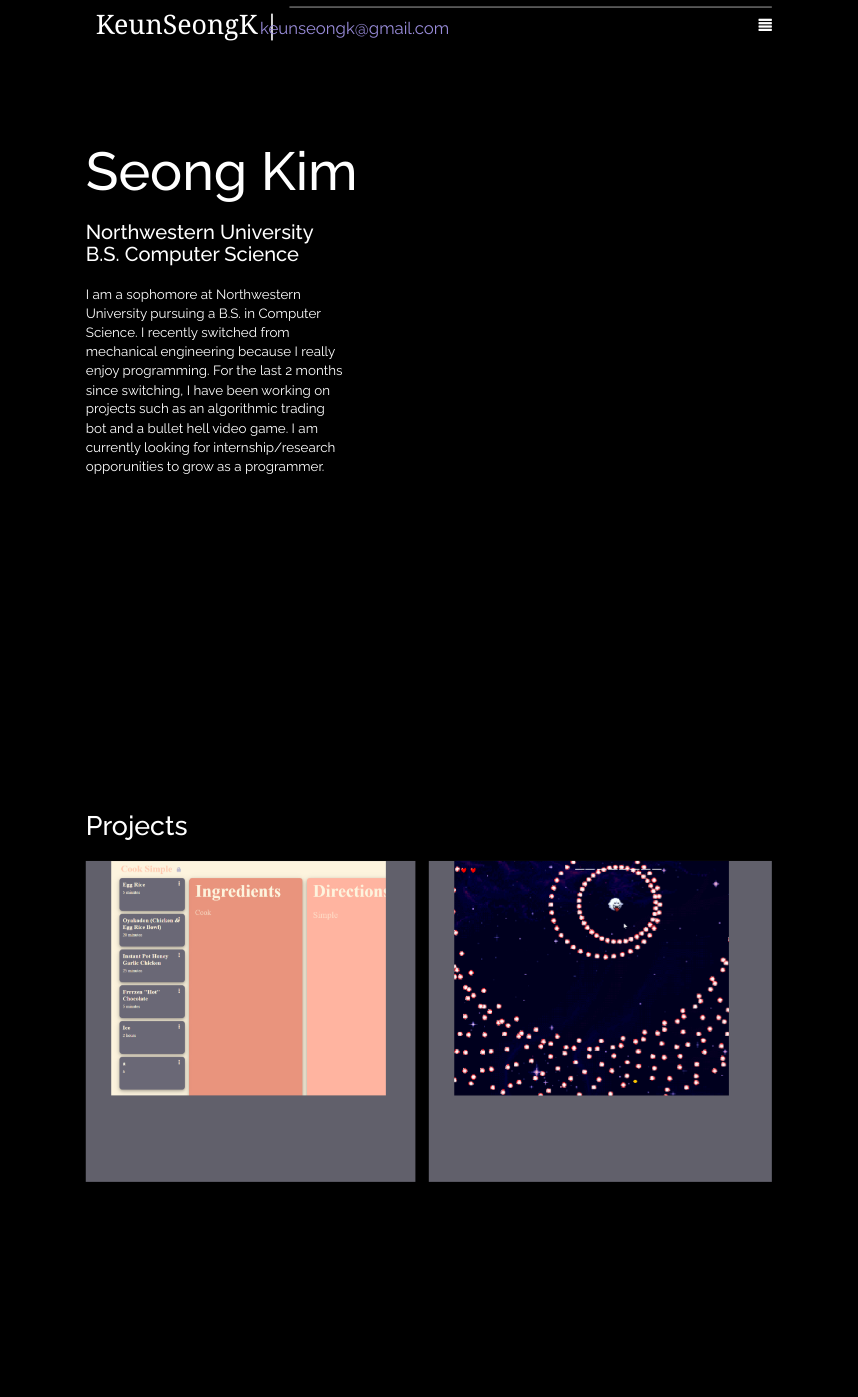
Repository: oqueuo/personal-site
Page: index.html
An editor plug-in stored every save of this project. The page is shown before and after the next save, followed by the edit.
The browser window is 1280 px wide. The pictures show the whole page, at 67% of full size.

Above is the page before, as saved 2020-09-21 18:15:45.

### index.html
<!-- Accountability, Balance, Trustworthiness -->
<!DOCTYPE html>
<html lang="en">
  <head>
    <title>Seong Kim</title>
    <meta charset="UTF-8">
    <meta name="viewport" content="width=device-width, initial-scale=1.0">

    <script src="https://ajax.googleapis.com/ajax/libs/jquery/3.5.1/jquery.min.js"></script>
    <script src="https://maxcdn.bootstrapcdn.com/bootstrap/3.4.1/js/bootstrap.min.js"></script>
    <link rel="stylesheet" href="https://maxcdn.bootstrapcdn.com/bootstrap/3.4.1/css/bootstrap.min.css">
    <link rel="stylesheet" href="styles.css">
    <script src="scripts.js"></script>
  </head>

  <body>
    <main>
      <header>
        <h1 id="navbar-brand"><a href="index.html" class="navbar-brand">KeunSeongK |</a></h1>
        <a id="email" href = "mailto: abc@example.com">keunseongk@gmail.com</a>
        <ul>
          <li><span id="pulldown-btn" class="glyphicon glyphicon-align-justify"></span>
            <ul id="nav-pulldown">
              <li class="navbar-item"><a class="nav-link" href=#about></a></li>
              <li class="navbar-item" style="padding-right:100px;"><a class="nav-link" href="resume.html">Resume</a></li>
              <li class="navbar-item"><a class="nav-link" href="https://github.com/oqueuo">GitHub</a></li>
              <li class="navbar-item"><a class="nav-link" href="https://www.linkedin.com/in/seong-kim-a0a989160/">LinkedIn</a></li>
            </ul>
          </li>
        </ul>

      </header>
      <section id="horizontal-line"></section>
        <hr>
      </section>
      <!-- About me -->
      <section id="about">

        <div id="about-text">
          <h1>Seong Kim</h1>
          <h2>Northwestern University<br>B.S. Computer Science</h2>
          <p>I am a sophomore at Northwestern University pursuing
            a B.S. in Computer Science. I recently switched from mechanical engineering
            because I really enjoy programming. For the last 2 months since switching,
            I have been working on projects such as an algorithmic trading bot and a
            bullet hell video game. I am currently looking for internship/research
            opporunities to grow as a programmer.
          </p>
        </div>
      </section>

      <h1 id="projects-header">Projects</h1>

      <!-- Projects: Filled in with JS template -->
      <section id="projects">
      </section>

    </main>
  </body>
  <script>
    render_projects(projects, "#projects");
  </script>
</html>

### styles.css
@import url('https://fonts.googleapis.com/css2?family=Raleway:ital,wght@0,100;0,200;0,300;0,400;0,500;0,600;0,700;0,800;0,900;1,100;1,200;1,300;1,400;1,500;1,600;1,700;1,800;1,900&display=swap');
/* Global styles
------------------------------------*/
* {
    /* Remove Chrome default margins */
    margin: 0 !important;
    font-family: 'Raleway', sans-serif;
}
body {
    background: black;
    display: flex;
    justify-content: center;
}
main {
    position: relative;
    width: 80vw;
    display: block;
    /* background: saddlebrown; */
    margin-left: auto;
    margin-right: auto;
}


/* NAVBAR */
header {
    color: white;
    padding-top: 10px;
    position: relative;
    width: inherit;
}
header>a {
    position: absolute;
    font-size: 25px;
    left: 260px;
    top: 25px;
}
header ul {
    position: absolute;
    top: 25px;
    right: 0px;
}
#navbar-brand {

}
.navbar-brand {
    text-decoration: none;
    font-size: 40px !important;
    color: white;
    font-family: Cambria, Cochin, Georgia, Times, 'Times New Roman', serif !important;
}

.navbar-item {
    display: inline;
    font-size: 25px;
    padding-right: 15px;
}
ul a, #email, .more-info-on-github {
    text-decoration: none;
    color: rgb(153, 140, 218);
}

ul a:hover, #email:hover, .more-info-on-github:hover {
    opacity: 0.8;
}
ul a:active, #email:active, .more-info-on-github:active {
    opacity: 0.7;
}
#horizontal-line {
    width: 100vw;
    left: 0;
}


/* ABOUT */
#about {
    color: white;
    margin-top: 200px !important;
    /* background: royalblue; */
}
#about-text h1 {
    font-family: 'Raleway', sans-serif;
    font-size: 80px;
}
#about-text h2 {
    margin-top: 30px !important;
}
#about p {
    margin-top: 30px !important;
    max-width: 30vw;
    font-size: 20px;
}


/* Projects */

#projects-header {
    font-size: 40px;
    color: white;
    margin-top: 500px !important;
    margin-bottom: 30px !important;
}
#projects {
    display: flex;
    flex-wrap: wrap;
    padding: 0;
    width: 100%;
    margin-bottom: 300px !important;
}
.project-card-container {
    box-sizing: border-box;
    width: 50%;
    height: 500px;
    padding-right: 2%;
    padding-bottom: 2%;
    position: relative;
}
.project-card-container:nth-child(2n) {
    padding-right: 0;
}
.project-card-gray {
    background-color: rgb(97, 96, 107);
    height: 100%;
    width: 100%;
}
.project-card-content {
    width: 80%;
    height: 70%;
    position: absolute;
    background-size: cover;
    margin-left: 7.5% !important;
    transition: .5s ease;
    backface-visibility: hidden;
}

.project-overlay {
    transition: .5s ease;
    opacity: 0;
    position: absolute;
    top: 50%;
    left: 50%;
    transform: translate(-50%, -50%);
    -ms-transform: translate(-50%, -50%);
}
.project-card-container:hover .project-card-content {
    opacity: 0.2;
}

.project-card-container:hover .project-overlay {
    opacity: 1;
}


/* Resume */
.resume {
    margin-top: 200px !important;
    background-image: url(backgrounds/resume330.png);
    height: 1000px;
    width: 63%;
}

.three-vertical-dots {
    color: white;
}

@media (max-width: 1300px) {
    /* Recipe pulldown */
    header ul {
        list-style: none;
        z-index: 5;
    }
    span.three-vertical-dots {
        /* Put the three dots on top right corner of recipe card */
        position: absolute;
        top: 10px;
        right: 10px;
    }
    .three-vertical-dots li:active {
        color: rgb(255, 239, 218);
    }
    #pulldown-btn {
        cursor: pointer;
        font-size: 20px;
    }
    ul #nav-pulldown {
        display: none;
        background-color: rgb(253, 244, 222);
        border: 1px solid #333;
        border-radius: 4px;
        width: 90px;
        padding: 5px;
        position: absolute;
        top: 30px;
        right: 10px;
        text-align: end;
    }
    ul #nav-pulldown li {
        color: #333;
        display: block;
        block-size: auto;
    }
    header>ul>li:hover #nav-pulldown {
        display: block;
    }
    ul #nav-pulldown a {
        color: rgb(76, 74, 83);
        font-size: 15px;
    }
}

### scripts.js
var projects = [
    {
        title: "Cook Simple",
        description: "A minimalist recipe storage app for computers and mobile devices.",
        cover: "backgrounds/cook-simple.png"
    },
    {
        title: "Boollet Hell",
        description: "A Bullet Hell shooter game. Inspired by popular bullet hell shooters from Japan",
        cover: "backgrounds/boollet-hell.png"
    }
]
let more_info_on_my_github = "More info on <a class='more-info-on-github' href='https://github.com/oqueuo'>GitHub</a>"


function render_projects(projects, projects_id) {
    let project_case = document.querySelector(projects_id);
    if (project_case) {
        if (projects instanceof Array) {
            for (let project of projects) {
                let template = `
                <div class="project-card-content" style="background-image: url(${project.cover});"></div>
                <div class="project-overlay">
                    <p>${project.description}<br><br></p>
                    ${more_info_on_my_github}
                </div>`;

                let project_card_container = document.createElement("div");
                project_card_container.className = "project-card-container";
                project_card_container.innerHTML = `
                <div class="project-card-gray">
                    ${template}
                </div>
                `
                project_case.append(project_card_container);
            }
        }
    }
}

const show_project_info = (el) => {

}

After the next save:
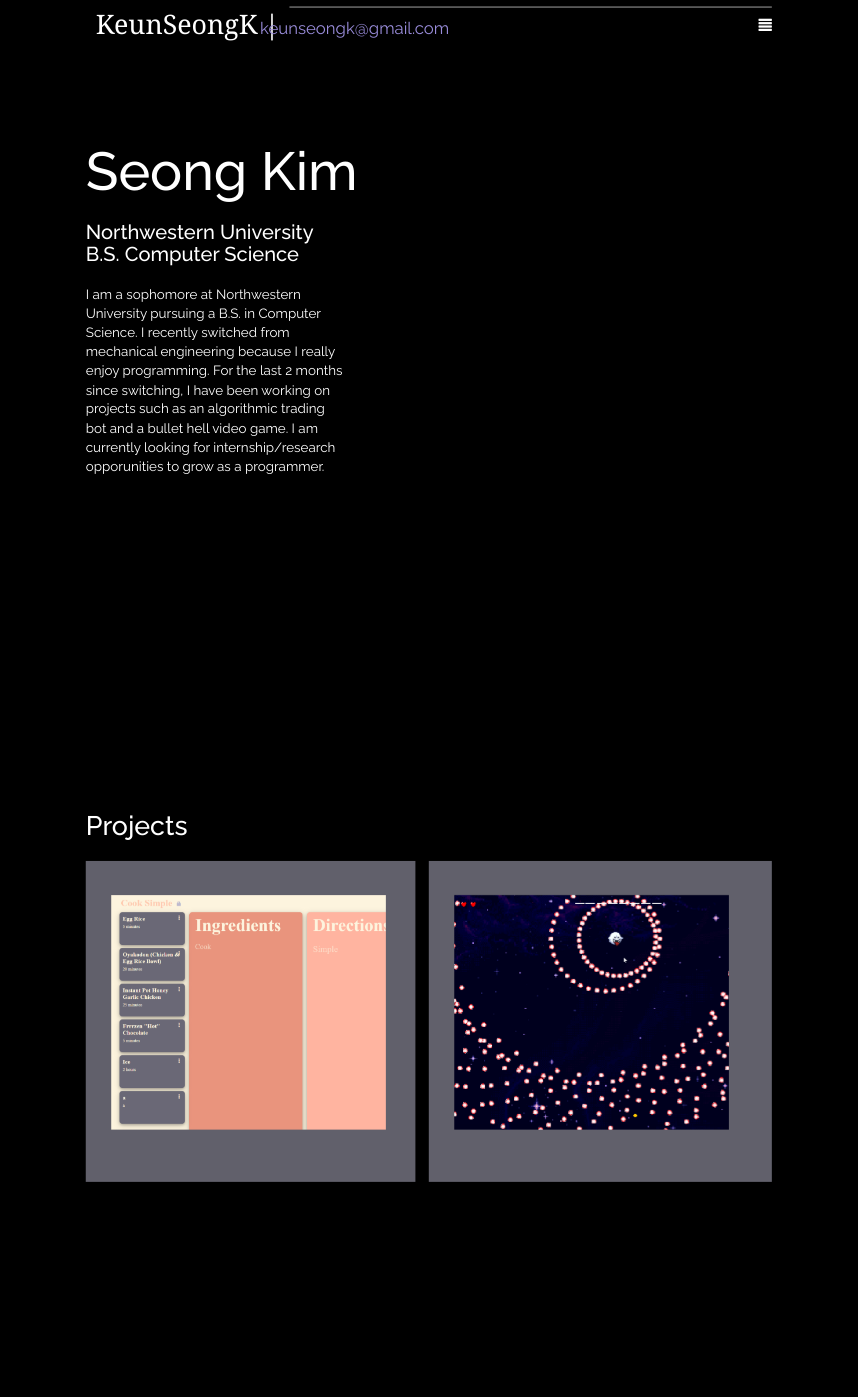
Saved 26 s later.
--- a/styles.css
+++ b/styles.css
@@ -128,6 +128,7 @@ ul a:active, #email:active, .more-info-on-github:active {
     position: absolute;
     background-size: cover;
     margin-left: 7.5% !important;
+    margin-top: 10% !important;
     transition: .5s ease;
     backface-visibility: hidden;
 }
